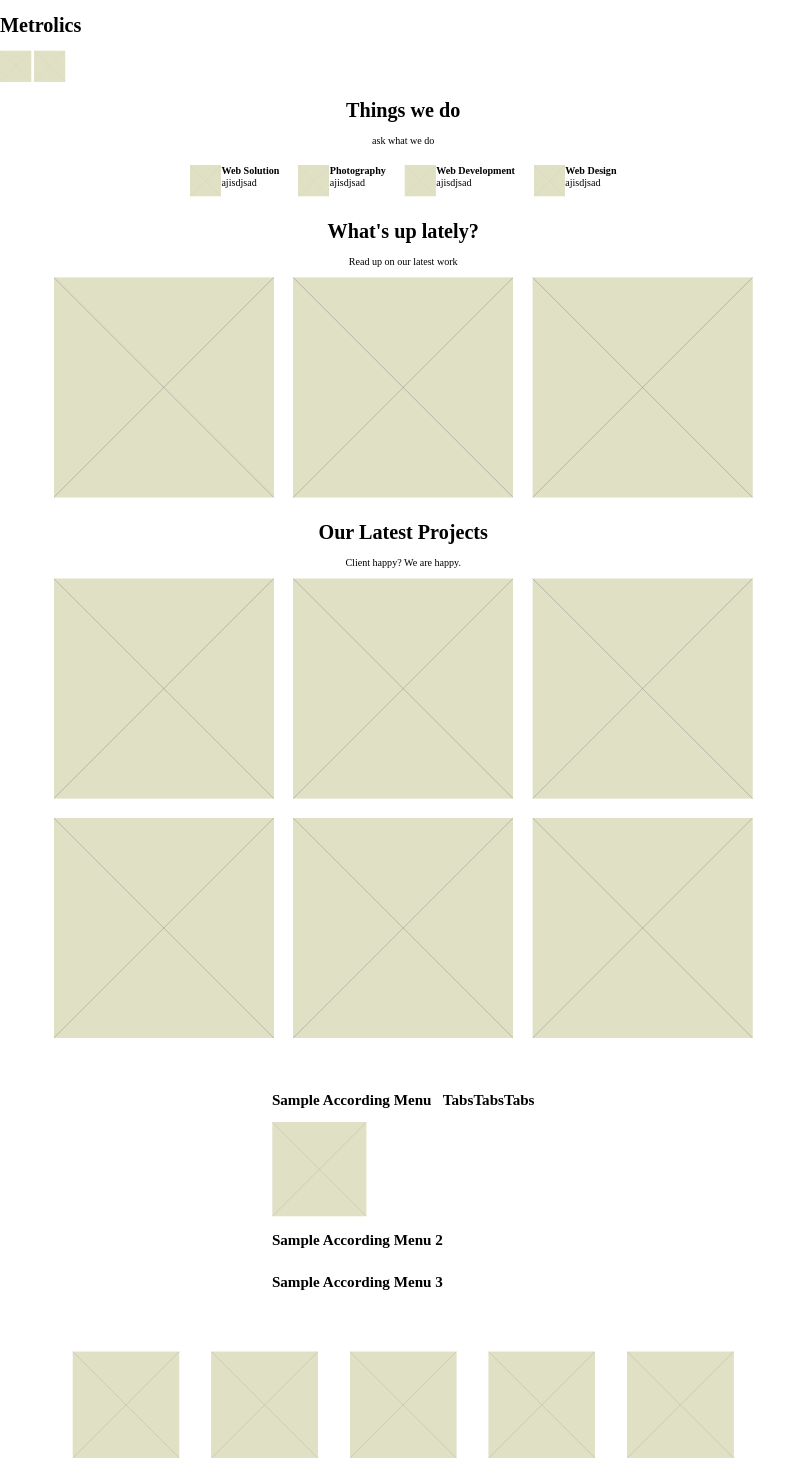
Repository: ReallyNguyen/responsive-web
Page: index.html
The author's editor kept a copy of each file at every save. The page is drawn from the files as they stood at one save, then again after the next save.
The browser window is 1280 px wide. The pictures show the whole page, at 63% of full size.

Above is the page before, as saved 2023-01-25 21:24:37.

### index.html
<!doctype html>
<html class="no-js" lang="">

<head>
  <meta charset="utf-8">
  <title></title>
  <meta name="description" content="">
  <meta name="viewport" content="width=device-width, initial-scale=1">

  <meta property="og:title" content="">
  <meta property="og:type" content="">
  <meta property="og:url" content="">
  <meta property="og:image" content="">

  <link rel="manifest" href="site.webmanifest">
  <link rel="apple-touch-icon" href="icon.png">
  <!-- Place favicon.ico in the root directory -->

  <link rel="stylesheet" href="css/normalize.css">
  <link rel="stylesheet" href="css/main.css">

  <meta name="theme-color" content="#fafafa">
</head>

<body>
  <header>
    <div class="nav-bar">
      <h1>Metrolics</h1>
      <img src="placeholder.svg" alt="" width="50" height="50">
      <img src="placeholder.svg" alt="" width="50" height="50">

    </div>


  </header>



  <article>

    <div class="Title">
      <h1>
        Things we do
      </h1>
      <p>
        ask what we do
      </p>
    </div>

    <main>

      <div class="Contents">
        <div class="Content">
          <img src="placeholder.svg" alt="" width="50" height="50">
          <div class="Description">
            <h4 class="topic">
              Web Solution
            </h4>
            <p> ajisdjsad</p>
          </div>
        </div>

        <div class="Content">
          <img src="placeholder.svg" alt="" width="50" height="50">
          <div class="Description">
            <h4 class="topic">
              Photography
            </h4>
            <p> ajisdjsad</p>
          </div>
        </div>

        <div class="Content">
          <img src="placeholder.svg" alt="" width="50" height="50">
          <div class="Description">
            <h4 class="topic">
              Web Development
            </h4>
            <p> ajisdjsad</p>
          </div>
        </div>

        <div class="Content">
          <img src="placeholder.svg" alt="" width="50" height="50">
          <div class="Description">
            <h4 class="topic">
              Web Design
            </h4>
            <p> ajisdjsad</p>
          </div>
        </div>



      </div>

      <div class="whats_up_lately">

        <div class="Title">
          <h1>
            What's up lately?
          </h1>
          <p>
            Read up on our latest work
          </p>
        </div>

        <div class="Boxes">
          <img class="Sample" src="placeholder.svg" alt="" width="360" height="360">
          <img class="Sample" src="placeholder.svg" alt="" width="360" height="360">
          <img class="Sample" src="placeholder.svg" alt="" width="360" height="360">
        </div>
      </div>

      <div class="our_latest_projects">

        <div class="Title">
          <h1>
            Our Latest Projects
          </h1>
          <p>
            Client happy? We are happy.
          </p>
        </div>

        <div class="Boxes">
          <img class="Sample" src="placeholder.svg" alt="">
          <img class="Sample" src="placeholder.svg" alt="">
          <img class="Sample" src="placeholder.svg" alt="">
          <img class="Sample" src="placeholder.svg" alt="">
          <img class="Sample" src="placeholder.svg" alt="">
          <img class="Sample" src="placeholder.svg" alt="">
        </div>
      </div>

      <div class="Bottom">
        <div class="Menu">
          <div class="Menu1">
            <h2>Sample According Menu</h2>
            <div class="Desc-Menu1"></div>
            <img src="placeholder.svg" alt="" width="150" height="150">
          </div>
          <h2>Sample According Menu 2</h2>
          <h2>Sample According Menu 3</h2>
        </div>
        <div class="Tabs">
          <h2>Tabs</h2>
          <h2>Tabs</h2>
          <h2>Tabs</h2>
        </div>
      </div>

      <div class="Companies">
        <img class="Companies-Logo" src="placeholder.svg" alt="">
        <img class="Companies-Logo" src="placeholder.svg" alt="">
        <img class="Companies-Logo" src="placeholder.svg" alt="">
        <img class="Companies-Logo" src="placeholder.svg" alt="">
        <img class="Companies-Logo" src="placeholder.svg" alt="">
      </div>

    </main>



  </article>
</body>

</html>

### css/main.css
article>div {
  margin: 15px;
}

.Title {
  display: flex;
  flex-direction: column;
  text-align: center;
  margin-top: 0;
}

main {
  display: flex;
  flex-direction: column;
  align-items: center;
}


.topic {
  margin: 0;
}

p {
  margin: 0px;
}

.Contents {
  display: flex;
  flex-direction: row;
}

.Content {
  display: flex;
  flex-direction: row;
  margin: 15px;
}

.Boxes {
  display: flex;
  display: flex;
  flex-wrap: wrap;
  justify-content: center;
}

.Sample {
  margin: 15px;
  width: 350px;
  height: 350px;
}

.Bottom {
  display: flex;
  flex-direction: row;
  margin: 50px;
}

.Menu {
  display: flex;
  flex-direction: column;
}

.Tabs {
  display: flex;
  flex-direction: row;
}

.Companies {
  display: flex;
  flex-direction: row;
}

.Companies-Logo {
  width: 170px;
  height: 170px;
  margin: 25px;
}

/* Small only */
@media screen and (max-width: 39.9375em) {
  header {
    display: flex;
    flex-direction: column;
    text-align: center;
    margin: 15px;
    font-size: 10px;
  }
}

/* Medium and up */
@media screen and (min-width: 40em) {
  h1 br {
    display: none;
  }

}

/* Medium only */
@media screen and (min-width: 40em) and (max-width: 63.9375em) {}

/* Large and up */
@media screen and (min-width: 64em) {}

/* Large only */
@media screen and (min-width: 64em) and (max-width: 74.9375em) {}

Loaded but not shown: css/normalize.css (library)

After the next save:
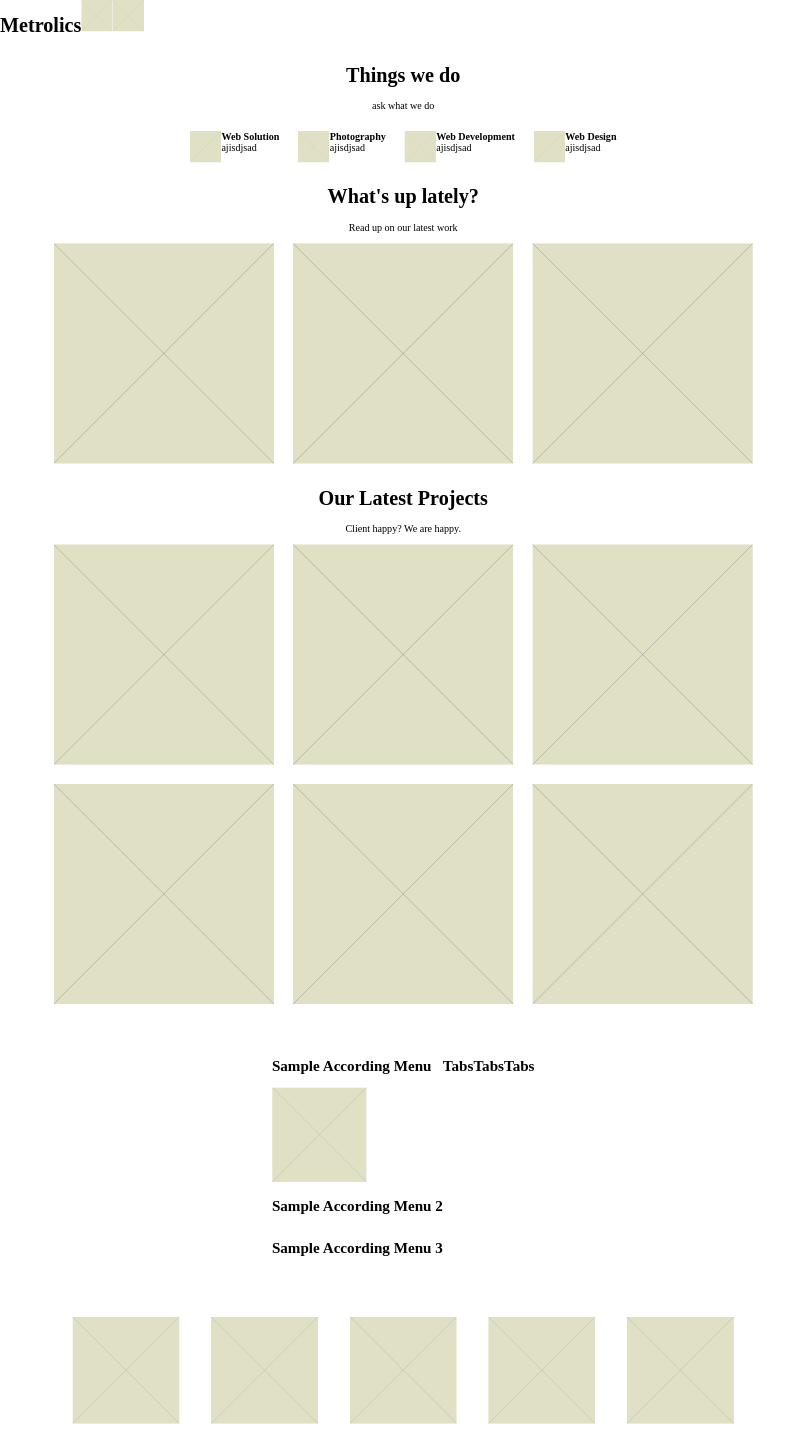
Saved 34 s later.
--- a/css/main.css
+++ b/css/main.css
@@ -1,3 +1,12 @@
+.nav-bar {
+  display: flex;
+}
+
+
+
+
+
+
 article>div {
   margin: 15px;
 }
